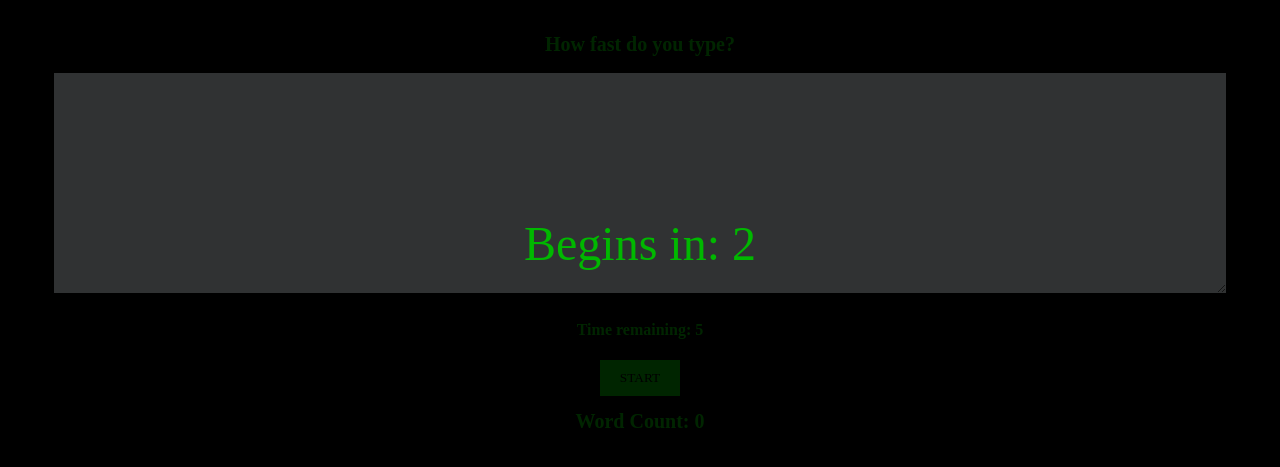
Repository: Lakshyyaa/Speed-Test
Page: /, after clicking the first element matching `button`
An editor plug-in stored every save of this project. The page is shown before and after the next save, followed by the edit.
The browser window is 1280 px wide. The pictures show the whole page.
The page's requests for data from a server got no answer. The project was rebuilt for these pictures with package versions that can differ from the ones it lists, and the page was loaded fresh each time. No one was signed in, and anything a server would have sent is missing. Also part of the build but not shown: src/Logic.js.

Above is the page before, as saved 2023-04-05 15:56:31.

After the next save:
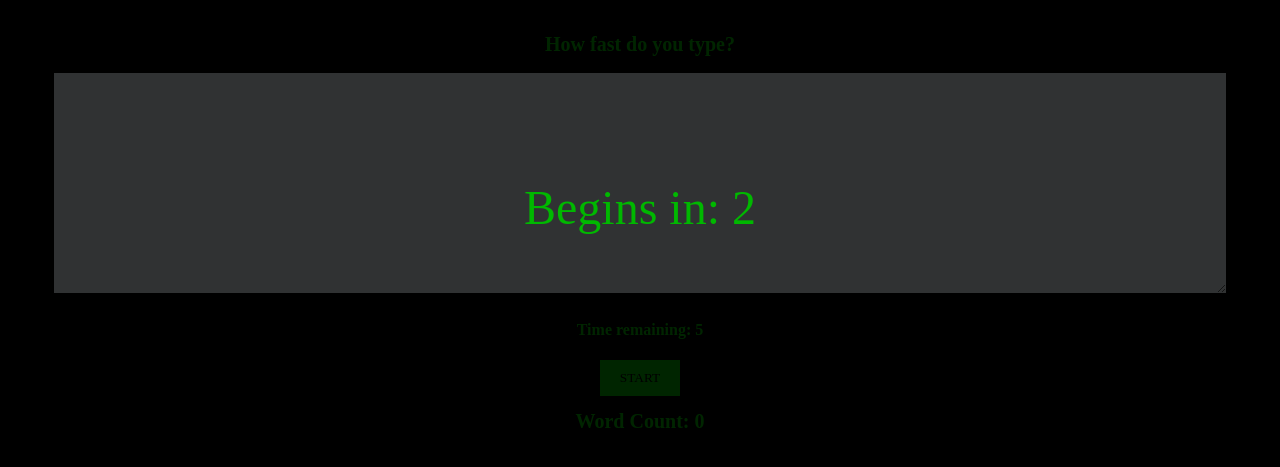
Saved 4 s later.
--- a/src/styles.css
+++ b/src/styles.css
@@ -12,7 +12,7 @@ body {
 .countdown {
     z-index: 20;
     position: fixed;
-    top: 30%;
+    top: 25%;
     /* left: 50%; */
     /* transform: translate(-50%, -50%);  */
     font-size: 3rem;
